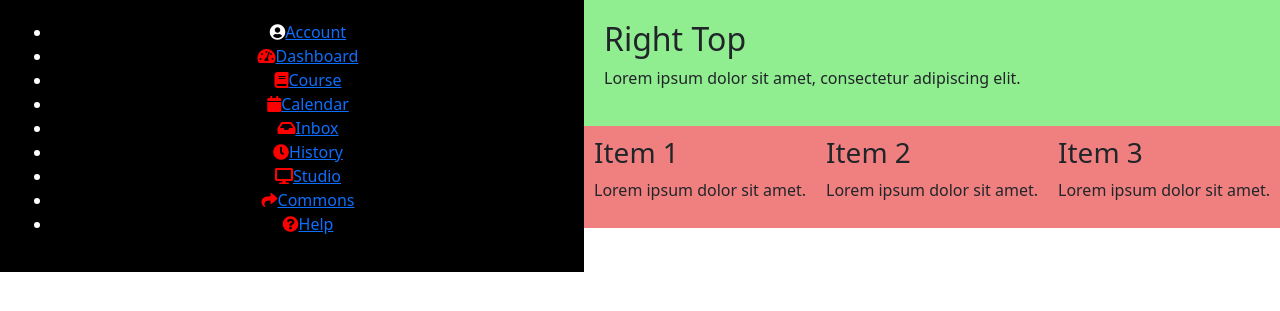
Repository: yuqiant/kanbas-react-web-app
Page: public/kanbas/navagationtab/Navigationbar.html
An editor plug-in stored every save of this project. The page is shown before and after the next save, followed by the edit.
The browser window is 1280 px wide. The pictures show the whole page.

Above is the page before, as saved 2023-10-04 13:25:52.

### public/kanbas/navagationtab/Navigationbar.html
<!DOCTYPE html>
<html lang="en">

<head>
    <meta charset="UTF-8">
    <meta name="viewport" content="width=device-width, initial-scale=1.0">
    <title>Flexbox Layout</title>
    <link rel="stylesheet" href="../../vendors/fontawesome/css/all.min.css">
    <link rel="stylesheet" href="../../vendors/bootstrap/css/bootstrap.min.css" />
    <link href="navigationbar.css" rel="stylesheet" />
</head>

<body>
    <div class="flex-container">
        <div class="left-column">
            <!-- 左边内容 -->
            <ul>
                <li><i class="fa fa-user-circle fa-inverse"></i><a href="accountcol.html">Account</a> </li>
                <li><i class="fas fa-tachometer-alt" style="color: red;"></i><a href="#">Dashboard</a></li>
                <li><i class="fas fa-book" style="color: red;"></i><a href="coursecol.html">Course</a></li>
                <li><i class="fas fa-calendar" style="color: red;""></i><a href=" #">Calendar</a></li>
                <li><i class="fas fa-inbox" style="color: red;"></i><a href="#">Inbox</a></li>
                <li><i class="fas fa-clock" style="color: red;"></i><a href="#">History</a></li>
                <li><i class="fas fa-desktop" style="color: red;"></i><a href="#">Studio</a></li>
                <li><i class="fas fa-share" style="color: red;"></i><a href="#">Commons</a></li>
                <li><i class="fas fa-question-circle" style="color: red;"></i><a href="#">Help</a></li>
            </ul>



        </div>
        <div class="right-column">
            <!-- 右边内容 -->
            <div class="right-top">
                <!-- 右上部分 -->
                <h2>Right Top</h2>
                <p>Lorem ipsum dolor sit amet, consectetur adipiscing elit.</p>
            </div>
            <div class="right-bottom">
                <!-- 右下部分分为三竖着的部分 -->
                <div class="right-bottom-item">
                    <!-- 第一个竖着的部分 -->
                    <h3>Item 1</h3>
                    <p>Lorem ipsum dolor sit amet.</p>
                </div>
                <div class="right-bottom-item">
                    <!-- 第二个竖着的部分 -->
                    <h3>Item 2</h3>
                    <p>Lorem ipsum dolor sit amet.</p>
                </div>
                <div class="right-bottom-item">
                    <!-- 第三个竖着的部分 -->
                    <h3>Item 3</h3>
                    <p>Lorem ipsum dolor sit amet.</p>
                </div>
            </div>
        </div>
    </div>
</body>

</html>

### public/kanbas/navagationtab/navigationbar.css
.flex-container {
    display: flex;
    height: 100%;
}

/* 左边列 */
.left-column {
    flex: 1;
    /* 占据可用空间的一部分 */
    padding: 20px;
    width: 80px;
    /* Adjust sidebar width as needed (between 75 and 85 pixels) */
    background-color: black;
    color: white;
    text-align: center;
    padding-top: 20px;
}

右边部分分为上下两部分，使用嵌套的 Flex 容器 .right-column {
    flex: 2;
    /* 占据可用空间的两部分 */
    display: flex;
    flex-direction: column;
    /* 垂直方向排列 */
}

/* 右上部分 */
.right-top {
    background-color: lightgreen;
    padding: 20px;
}

/* 右下部分分为三竖着的部分 */
.right-bottom {
    display: flex;
    flex-direction: row;
    /* 垂直方向排列 */
    flex: 1;
    /* 均分可用空间 */
}

/* 每个竖着的部分 */
.right-bottom-item {
    flex: 1;
    /* 均分可用空间 */
    background-color: lightcoral;
    padding: 10px;
}

Loaded but not shown: public/vendors/fontawesome/css/all.min.css (library); public/vendors/bootstrap/css/bootstrap.min.css (library)

After the next save:
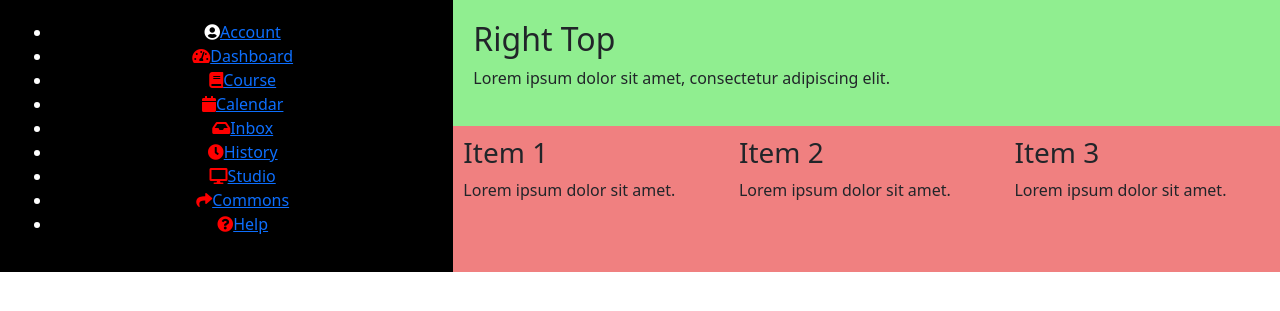
Saved 50 s later.
--- a/public/kanbas/navagationtab/navigationbar.css
+++ b/public/kanbas/navagationtab/navigationbar.css
@@ -16,7 +16,7 @@
     padding-top: 20px;
 }
 
-右边部分分为上下两部分，使用嵌套的 Flex 容器 .right-column {
+.right-column {
     flex: 2;
     /* 占据可用空间的两部分 */
     display: flex;
